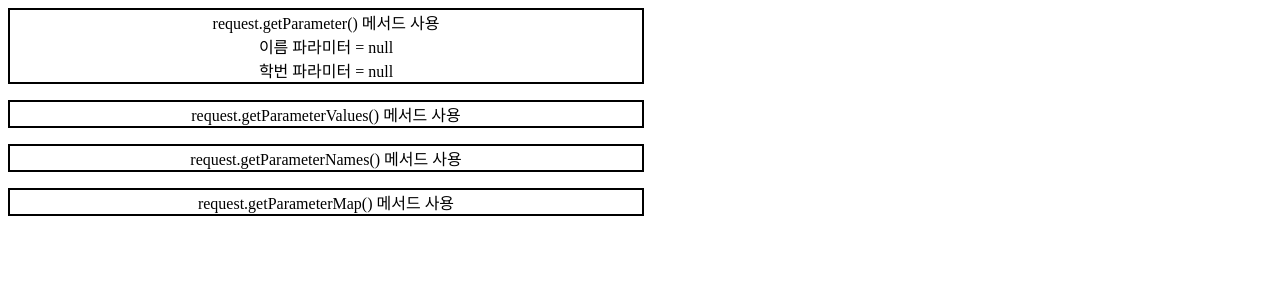
Repository: Leekm0912/2-1_JSP-DB_Project
Page: http://localhost/WebTest/chap06/a.jsp
These files come from the project's save history. The page is drawn as it stood at one moment and after the next save; the edit follows.
The browser window is 1280 px wide. The pictures show the whole page.
The page is served by Tomcat 9. Other server files are loaded and not shown.

Above is the page before, as saved 2020-06-07 12:38:49.

### WebTest/WebContent/chap06/a.jsp
<%@ page contentType="text/html; charset=utf-8"%>
<%@ page import="java.util.Enumeration"%>
<%@ page import="java.util.Map"%>
<%
	// request 객체를 사용하여 디코딩할 인코딩 코드를 세팅한다.
	request.setCharacterEncoding("utf-8");
%>
<html>
<head>
<title>요청 파라미터 읽기</title>
</head>
<body>
	<p style="border: solid 2px; width: 50%; text-align: center;">
		request.getParameter() 메서드 사용 <br> <%-- request 객체를 사용하여 특정 파라미터의 값을 읽는다 --%> 이름 파라미터 = <%=request.getParameter("name")%> <br> 학번 파라미터 = <%=request.getParameter("id")%>
	</p>
	<p style="border: solid 2px; width: 50%; text-align: center;">
		request.getParameterValues() 메서드 사용<br> <%
		// 매개변수로 지정한 파라미터의 모든 값을 읽는다.
		String[] values = request.getParameterValues("subject");
		if (values != null) {
			for (int i = 0; i < values.length; i++) {
	%> <%=values[i]%><br /> <%
			}
		}
	%>
	</p>
	<p style="border: solid 2px; width: 50%; text-align: center;">
		request.getParameterNames() 메서드 사용<br> <%
			// 파라미터의 이름 목록을 구한다.
		Enumeration paramEnum = request.getParameterNames();
		while (paramEnum.hasMoreElements()) {
			String name = (String) paramEnum.nextElement();
	%> <%=name%><br /> <%
		}
	%>
	</p>
	<p style="border: solid 2px; width: 50%; text-align: center;">
		request.getParameterMap() 메서드 사용<br> <%
		// 파라미터들로 구성되는 Map 을 구한다.
		Map parameterMap = request.getParameterMap();
		// 파라미터 Map에서 subject 파라미터의 값을 구한다.
		String[] subjectParam = (String[]) parameterMap.get("subject");
		if (subjectParam != null) {
			for(int i=0; i<subjectParam.length;i++){
	%> 수강 교과목 <%=i+1 %> : <%=subjectParam[i]%><br /> <%
			}
		}
	%>
	</p>

</body>
</html>

After the next save:
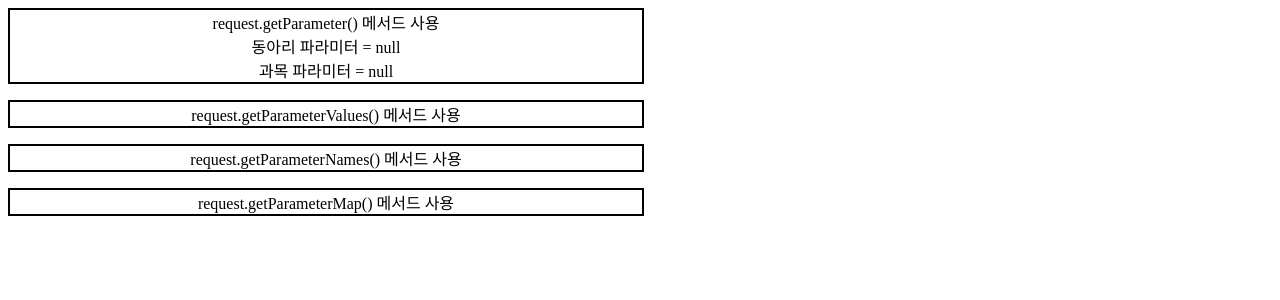
Saved 39 s later.
--- a/WebTest/WebContent/chap06/a.jsp
+++ b/WebTest/WebContent/chap06/a.jsp
@@ -11,7 +11,7 @@
 </head>
 <body>
 	<p style="border: solid 2px; width: 50%; text-align: center;">
-		request.getParameter() 메서드 사용 <br> <%-- request 객체를 사용하여 특정 파라미터의 값을 읽는다 --%> 이름 파라미터 = <%=request.getParameter("name")%> <br> 학번 파라미터 = <%=request.getParameter("id")%>
+		request.getParameter() 메서드 사용 <br> <%-- request 객체를 사용하여 특정 파라미터의 값을 읽는다 --%> 동아리 파라미터 = <%=request.getParameter("club")%> <br> 과목 파라미터 = <%=request.getParameter("subject")%>
 	</p>
 	<p style="border: solid 2px; width: 50%; text-align: center;">
 		request.getParameterValues() 메서드 사용<br> <%
